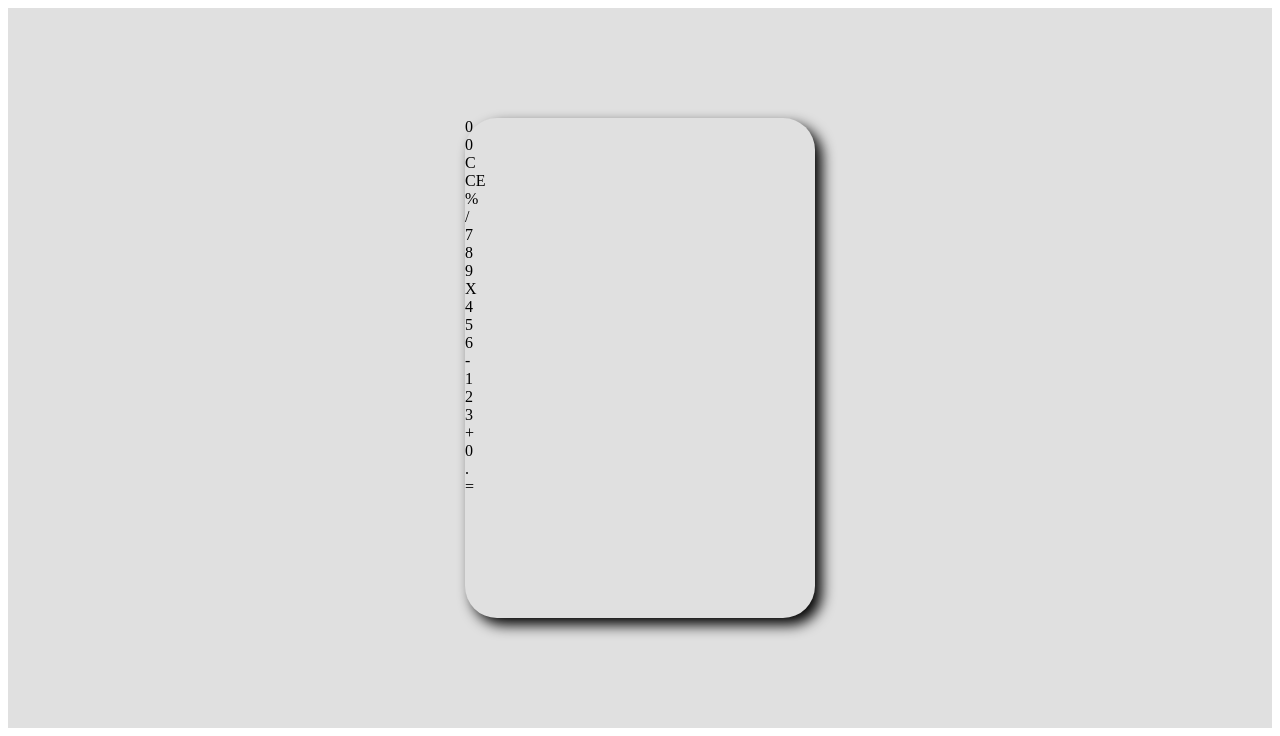
Repository: Goldmyn/Calculator
Page: index.html
An editor plug-in stored every save of this project. The page is shown before and after a run of saves, followed by the edit.
The browser window is 1280 px wide. The pictures show the whole page.

Above is the page before, as saved 2022-09-28 01:31:53.

After the next 4 saves:
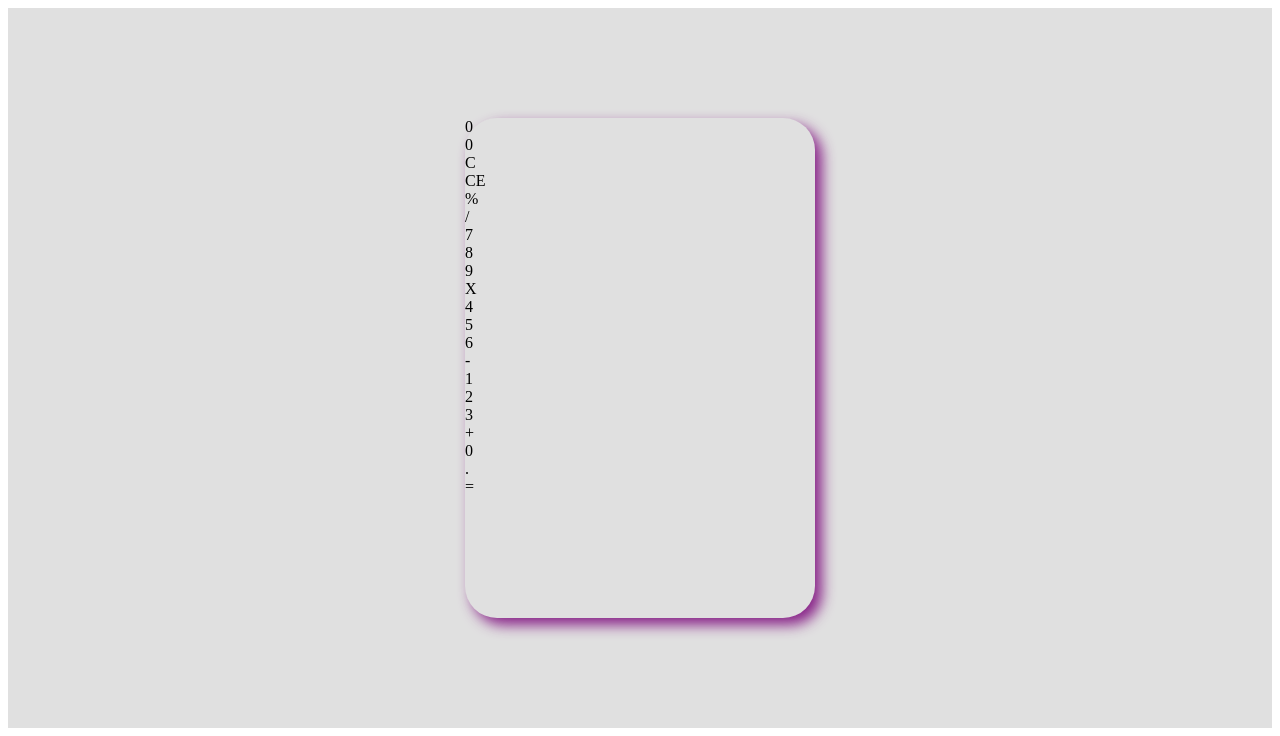
The 4 saves are shown as one change because they came seconds apart.
The last was saved 17 s later.
--- a/index.css
+++ b/index.css
@@ -18,5 +18,5 @@ section {
     max-width: 350px;
     border-radius: 32px;
     background: #e0e0e0;
-    box-shadow: 7px 7px 14px;
+    box-shadow: 7px 7px 14px #828;
 }
